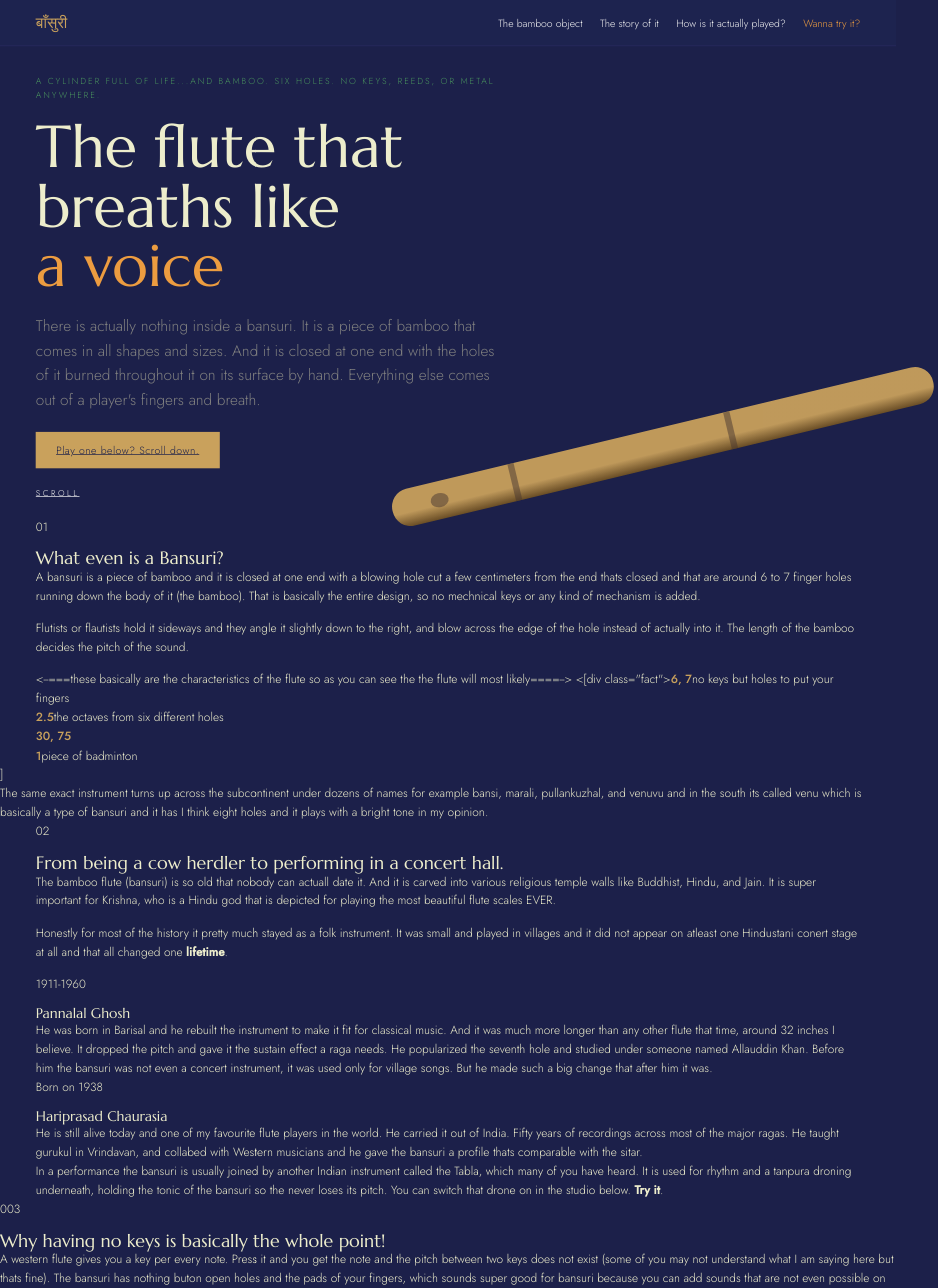
Repository: manayparikh1/Bansi
Page: index.html
The author's editor kept a copy of each file at every save. The page is drawn from the files as they stood at one save, then again after the next save.
The browser window is 1280 px wide. The page is 1339 px wide, then 1340 px, so the pictures cover 1340 px, including what lies to the right of the window. The pictures show the part of the page from y = 0 to 1840 px (the page is 2658 px tall), at 70% of full size.

Above is the page before, as saved 2026-09-19 23:57:18.

After the next save:
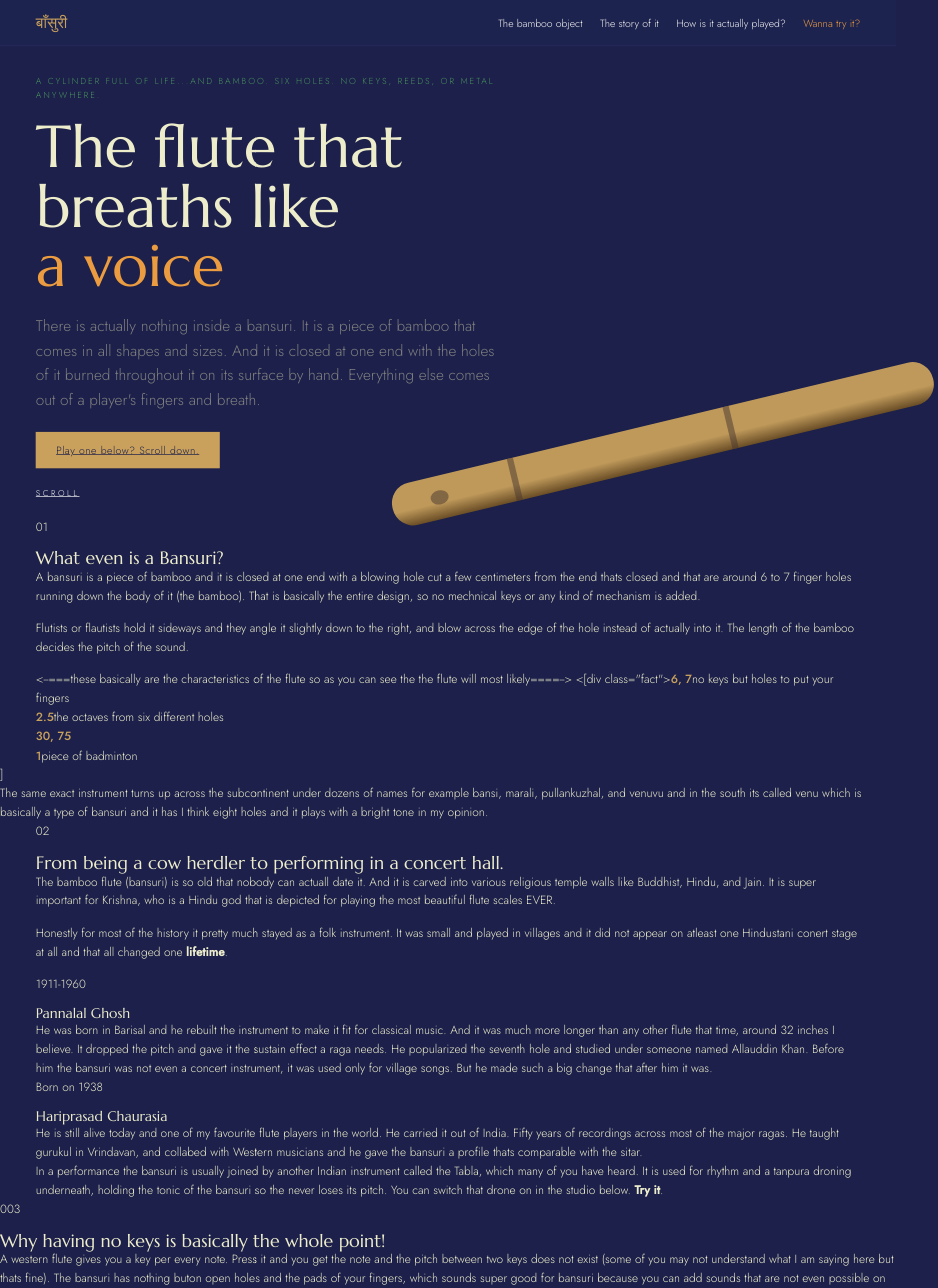
Saved 58 s later.
--- a/style.css
+++ b/style.css
@@ -218,7 +218,7 @@ h1 {
     background: linear-gradient(180deg, var(--bamboo) 0%, var(--bamboo2) 62%, #6F5124 100%);
 }
 
-.tube big {
+.tube.big {
     height: 62px;
     border-radius: 30px;
 }
